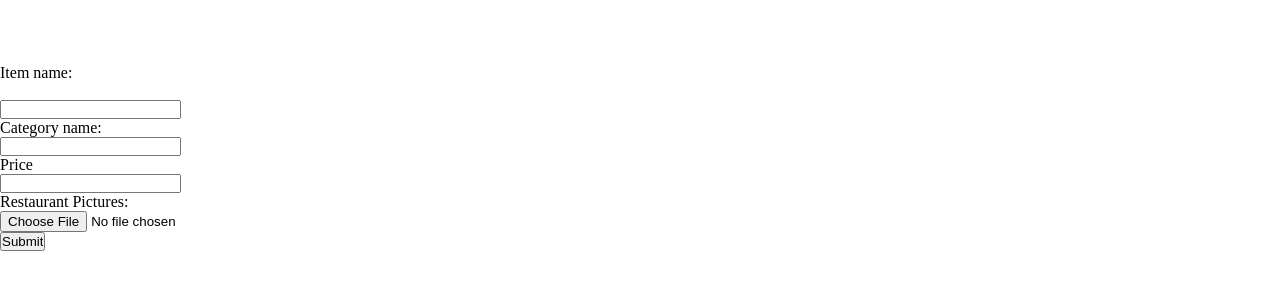
Repository: jatannoury/Ecommerce-Laravel-Electron
Page: Admin-electron/src/HTML/add_item.html
The author's editor kept a copy of each file at every save. The page is drawn from the files as they stood at one save, then again after the next save.
The browser window is 1280 px wide. The pictures show the whole page.

Above is the page before, as saved 2022-06-10 22:27:46.

### Admin-electron/src/HTML/add_item.html
<!DOCTYPE html>
<html lang="en">

    <head>
        <meta charset="UTF-8">
        <link rel="stylesheet" href="../CSS/styles.css">
        <title>Admin-Add_item</title>
    </head>

    <body>
        <form action="/action_page.php">
            <div for="item_name" class="one" id="item_name ">Item name:</div><br>
            <input type="text"  name="fname" ><br>
            <label for="Category_name" id="Category_name">Category name:</label><br>
            <input type="text"  name="fname" ><br>
            <label for="price" id="price">Price</label><br>
            <input type="text"  name="fname" ><br>
            <div >
            <label for="pictures">Restaurant Pictures:</label><br>
            <input id="pictures" type="file" accept="image/*">
            </div>
            <input type="submit" value="Submit">

        </form>
    </body>
</html>

### Admin-electron/src/CSS/styles.css
*{
    padding: 0;
    margin: 0;
    box-sizing: border-box;
}
.box-1, .box-2{
    padding:5% 5% 5% 5%;
    margin-left:0% ;
    margin-top: 20%;
    border-radius: 20px;
}

.box-1{
    margin-left: 30%;
}

.box-2{
    margin-left: 5%;
}

 .box-2:hover, .box-1:hover{
    border-color: red;
}

.one{
    margin-top: 5%;
}

After the next save:
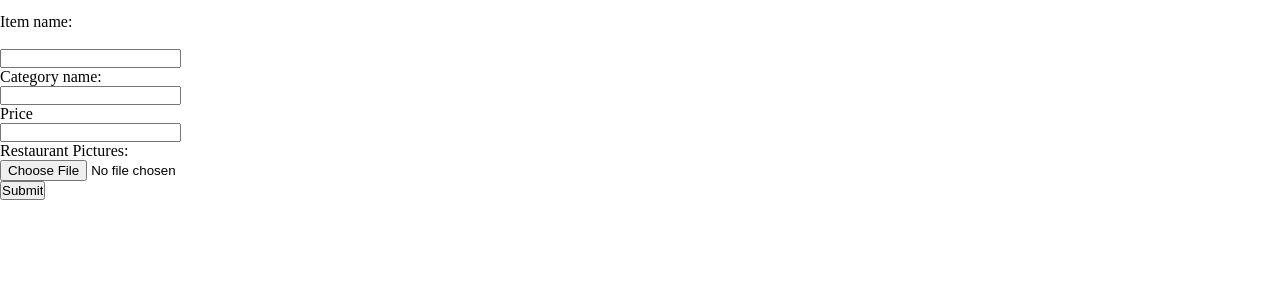
Saved 6 s later.
--- a/Admin-electron/src/CSS/styles.css
+++ b/Admin-electron/src/CSS/styles.css
@@ -23,5 +23,5 @@
 }
 
 .one{
-    margin-top: 5%;
+    margin-top: 1%;
 }
